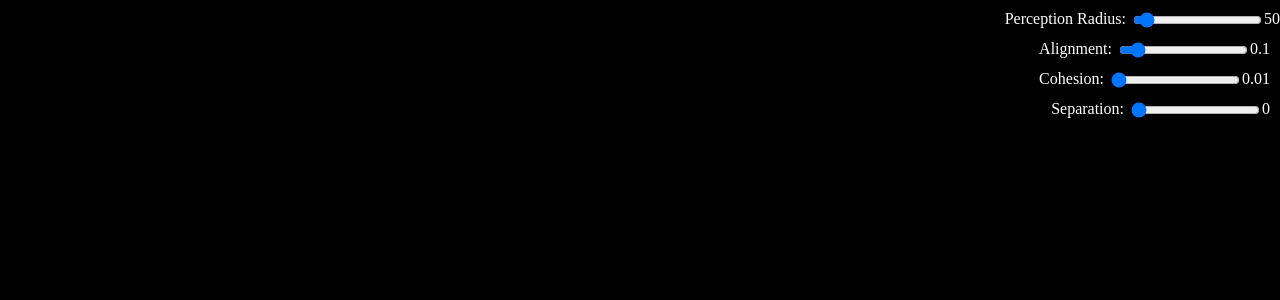
Repository: eltonsampaio12/boids
Page: index.html
The author's editor kept a copy of each file at every save. The page is drawn from the files as they stood at one save, then again after the next save.
The browser window is 1280 px wide. The pictures show the whole page.

Above is the page before, as saved 2024-02-01 00:06:59.
Not found: main.ts

### index.html
<!DOCTYPE html>
<html lang="en">
  <head>
    <meta charset="utf-8" />
    <title>My first three.js app</title>
    <style>
      body {
        margin: 0;
        background-color: black;
      }
      .perceptionRadiusLabel,
      .alignmentLabel,
      .cohesionLabel,
      .separationLabel {
        color: white;
        margin-right: 5px;
      }

      .parameterParent {
        display: flex;
        justify-content: flex-end;
        margin-left: 10px;
        margin-top: 10px;
      }

      .parameterValue {
        color: white;
        margin-right: 10px;
      }

      span {
        color: white;
      }
    </style>
  </head>
  <body>
    <script type="module" src="/main.ts"></script>

    <div class="container">
      <div class="parameterParent">
        <label class="perceptionRadiusLabel" for="perceptionRadiusSlider"
          >Perception Radius:</label
        >
        <input
          type="range"
          id="perceptionRadiusSlider"
          min="0"
          max="1000"
          value="50"
          step="1"
        />
        <span id="perceptionRadiusValue">50</span>
      </div>

      <div class="parameterParent">
        <label class="alignmentLabel" for="alignmentSlider">Alignment:</label>
        <input
          type="range"
          id="alignmentSlider"
          min="0"
          max="1"
          value="0.1"
          step="0.1"
        />
        <span class="parameterValue" id="alignmentValue">0.1</span>
      </div>

      <div class="parameterParent">
        <label class="cohesionLabel" for="cohesionSlider">Cohesion:</label>
        <input
          type="range"
          id="cohesionSlider"
          min="0"
          max="1"
          value="0.01"
          step="0.1"
        />
        <span class="parameterValue" id="cohesionValue">0.01</span>
      </div>

      <div class="parameterParent">
        <label class="separationLabel" for="separationSlider"
          >Separation:</label
        >
        <input
          type="range"
          id="separationSlider"
          min="0"
          max="100"
          value="0"
          step="0.1"
        />
        <span class="parameterValue" id="separationValue">0</span>
      </div>
    </div>
  </body>
</html>

After the next save:
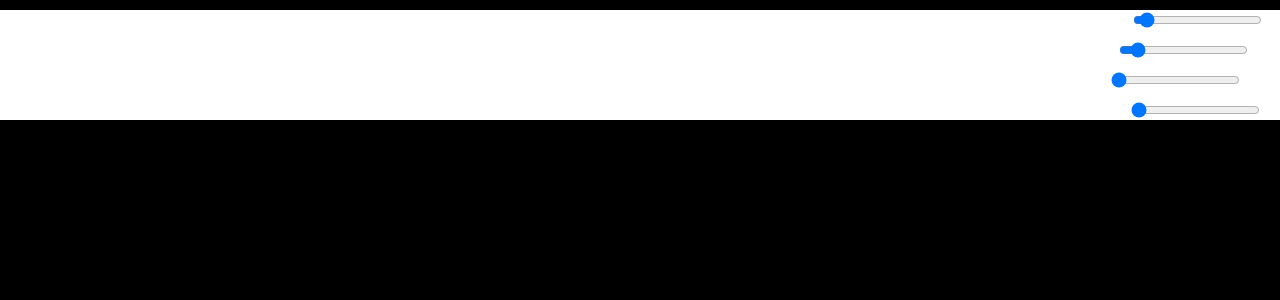
Saved 7 s later.
--- a/index.html
+++ b/index.html
@@ -30,6 +30,9 @@
 
       span {
         color: white;
+      }
+      .container {
+        background-color: white;
       }
     </style>
   </head>
